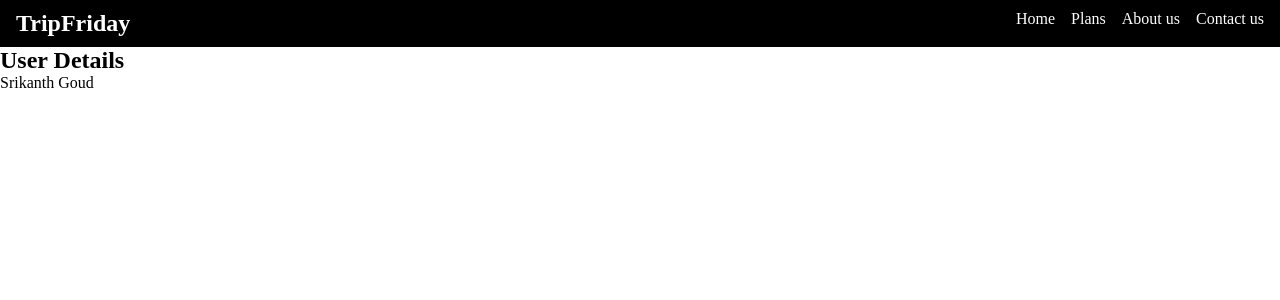
Repository: suraj-yadav7/userprofile
Page: /
These files come from the project's save history. The page is drawn as it stood at one moment and after the next save; the edit follows.
The browser window is 1280 px wide. The pictures show the whole page.
The project was rebuilt for these pictures with package versions that can differ from the ones it lists, and the page was loaded fresh each time. Also part of the build but not shown: src/components/UserDetails.jsx.

Above is the page before, as saved 2023-05-03 11:52:17.

### src/App.js
import './App.scss';
import UserProfile from './components/UserProfile';
import UserDetails from './components/UserDetails';
import { BrowserRouter as Router, Routes, Route } from 'react-router-dom';


function App() {
  return (
    <>
    <Router>
      <Routes>
        <Route exact path='/' element={<UserProfile/>} />
        <Route exact path='/userdetails' element={<UserDetails/> } />
      </Routes>
    </Router>
    </>
  );
}

export default App;

### src/App.scss
*{
padding: 0;
margin: 0;
box-sizing: border-box;
}

### src/components/UserProfile.jsx
import React, { useEffect, useState  } from 'react';
import { useNavigate } from 'react-router-dom';
import "../assests/userProfile.scss";

const UserProfile = () => {
    const [show, setShow] = useState(false)
    const navigate = useNavigate()
    const handleNavigate = ()=>{
      navigate("/userdetails")
    }
  return (
    <>
        <nav>
            <h1>TripFriday</h1>
            <div>
                <ul>
                    <li>Home</li>
                    <li>Plans</li>
                    <li>About us</li>
                    <li>Contact us</li>
                </ul>
            </div>
        </nav>
      <div className='userprofile'>
            <h2>User Details</h2>
            <div className='userList'>
                   <p onClick={handleNavigate} onMouseOver={()=>setShow(true)} onMouseOut={()=>setShow(false)}>Srikanth Goud</p>
            </div>
            {show?
            (<div className='hoverItem'>
                <p>Username: srikanth67</p>
                <p>Email: srikanth@gmail.com</p>
            </div>):null
                }
      </div>
    </>
  )
}

export default UserProfile

### src/assests/userProfile.scss
@import "./color.scss";

nav{
    display: flex;
    justify-content:space-between;
    padding: 10px 1rem;
    background-color: black;
    color: white;
    >div>ul{
        display: flex;
        list-style: none;
        gap: 1rem;
    }
}

### src/assests/color.scss
$primary-color: #0f171e;
$secondary-color: #1a242f;
$font-primary:#ffff;
$font-secondary: #79b8f3;

Loaded but not shown: public/index.html (common file); src/index.js (common file)

After the next save:
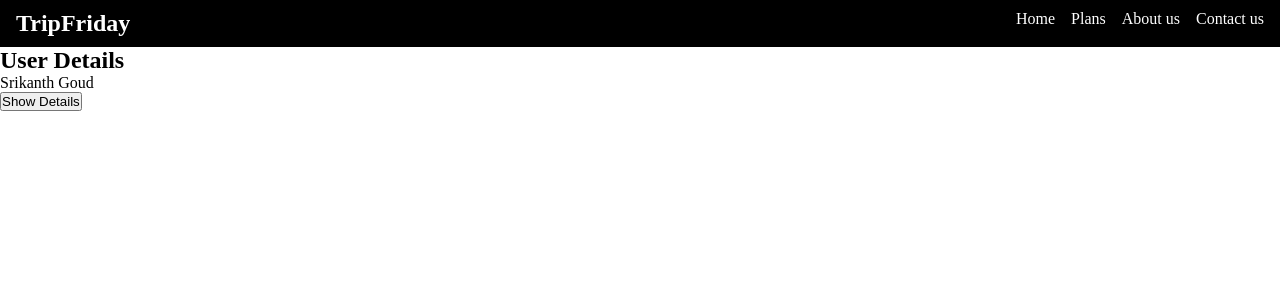
Saved 83 s later.
--- a/src/components/UserProfile.jsx
+++ b/src/components/UserProfile.jsx
@@ -24,7 +24,7 @@ const UserProfile = () => {
       <div className='userprofile'>
             <h2>User Details</h2>
             <div className='userList'>
-                   <p onClick={handleNavigate} onMouseOver={()=>setShow(true)} onMouseOut={()=>setShow(false)}>Srikanth Goud</p>
+                   <p onMouseOver={()=>setShow(true)} onMouseOut={()=>setShow(false)}>Srikanth Goud</p> <span><button onClick={handleNavigate} >Show Details</button></span>
             </div>
             {show?
             (<div className='hoverItem'>
